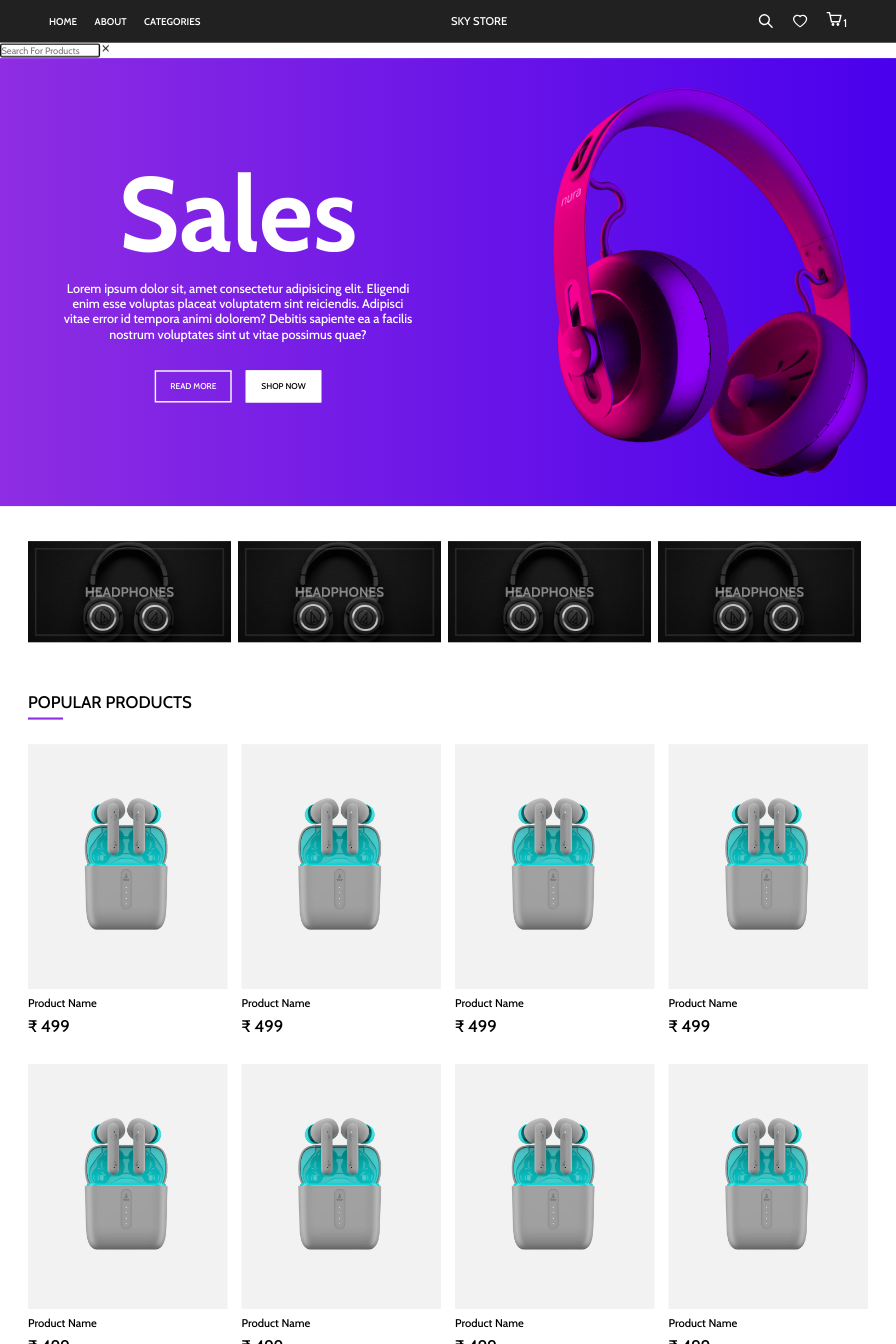
Repository: suraj-yadav7/ecommerce
Page: /, after clicking the first element matching `svg`
An editor plug-in stored every save of this project. The page is shown before and after the next save, followed by the edit.
The browser window is 1280 px wide. The pictures show the part of the page from y = 0 to 1920 px (the page is 2837 px tall before and 2815 px after), at 70% of full size.
The project was rebuilt for these pictures with package versions that can differ from the ones it lists, and the page was loaded fresh each time. Also part of the build but not shown: src/components/Category/Category.scss, src/components/Category/Category.jsx, src/components/SingleProduct/RelatedProducts/RelatedProducts.jsx, src/components/SingleProduct/SingleProduct.scss, src/components/SingleProduct/SingleProduct.jsx, src/App.scss, src/components/Cart/CartItem/CartItem.scss, src/components/Cart/CartItem/CartItem.jsx and 2 more.

Above is the page before, as saved 2023-06-23 23:29:39.

After the next save:
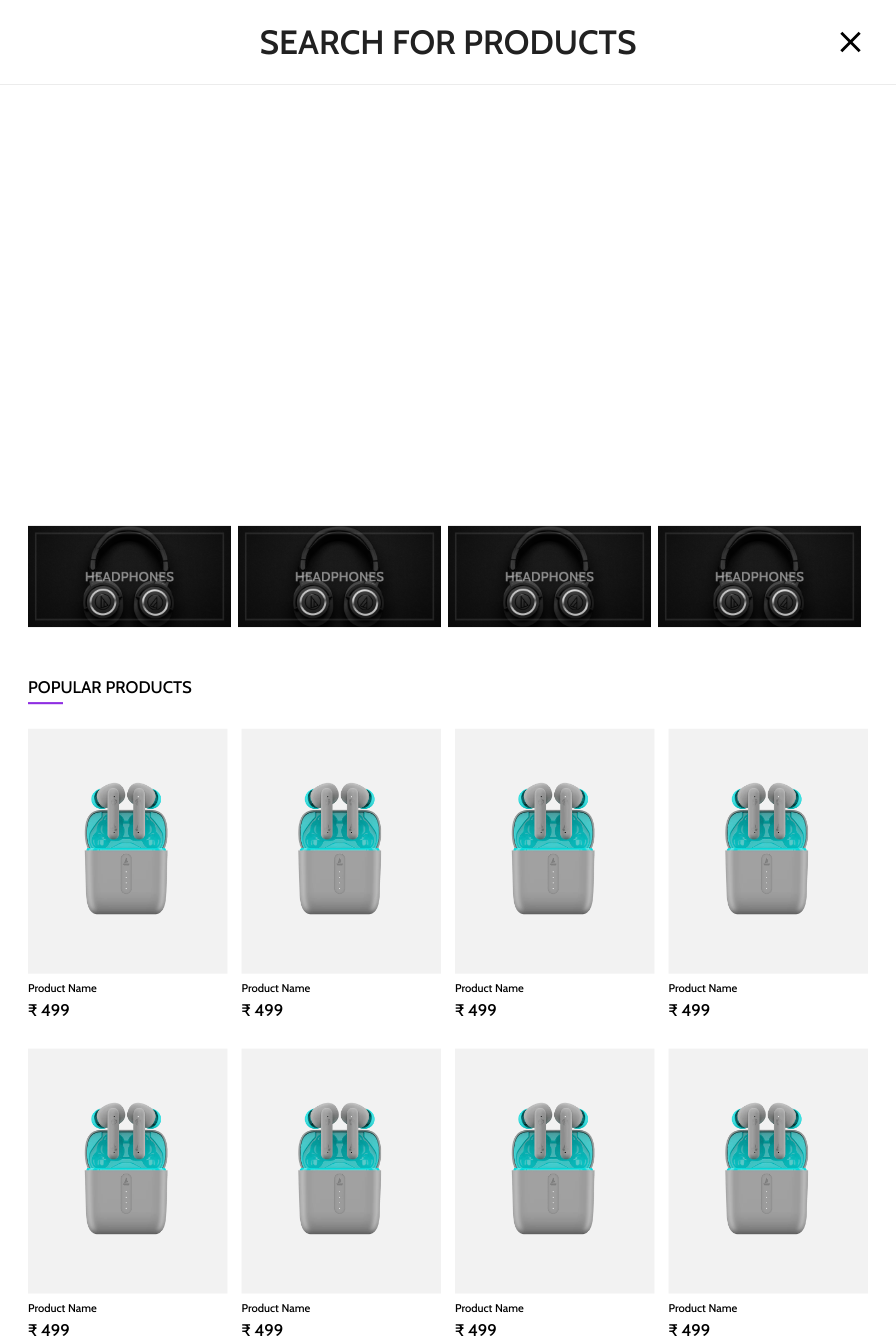
Saved 43 s later.
--- a/src/components/Header/Search/Search.jsx
+++ b/src/components/Header/Search/Search.jsx
@@ -4,7 +4,7 @@
 const Search = ({setShowSearch}) => {
     return (
         <>
-            <div children="search-modal">
+            <div className="search-modal">
                 <div className="form-field">
                     <input type="text" autoFocus placeholder="Search For Products" />
                     <MdClose className="close-btn" onClick={()=> setShowSearch(false)}/>
